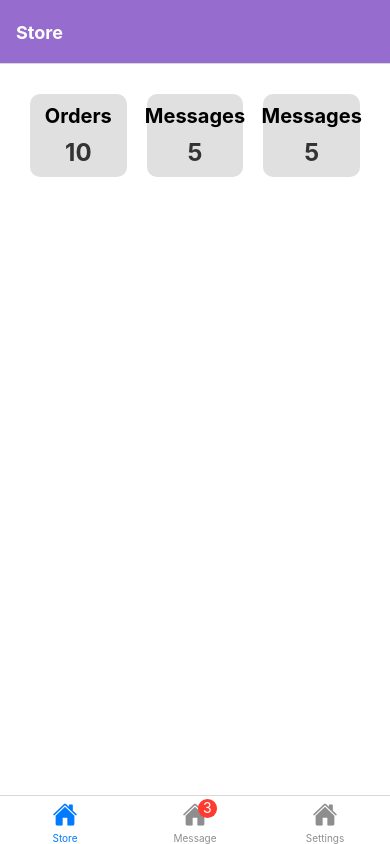
Repository: Waikato153/AwesomeProject
Screen: /
The author's editor kept a copy of each file at every save. The screen is drawn from the files as they stood at one save, then again after the next save.
The app was drawn by React Native's web renderer in a window 390 px wide. The project was rebuilt for these pictures with package versions that can differ from the ones it lists, and the page was loaded fresh each time.

Above is the screen before, as saved 2024-02-28 17:19:09.

### App.js
import * as React from 'react';
import { Text, View, StyleSheet} from 'react-native';
import { NavigationContainer } from '@react-navigation/native';
import { createBottomTabNavigator } from '@react-navigation/bottom-tabs';
import { Ionicons } from '@expo/vector-icons';

import HomeScreen from './screens/HomeScreen';

function SettingsScreen() {
  return (
    <View style={{ flex: 1, justifyContent: 'center', alignItems: 'center' }}>
      <Text>Settings!</Text>
    </View>
  );
}


const styles = StyleSheet.create({
  container: {
    flex: 1,
    justifyContent: 'center',
    backgroundColor: 'white',
    alignItems: 'center',
    padding: 8,
  },
  paragraph: {
    margin: 24,
    fontSize: 18,
    fontWeight: 'bold',
    textAlign: 'center',
  },
});

const Tab = createBottomTabNavigator();

function MyTabs() {
  return (

    <Tab.Navigator
      screenOptions={{
        tabBarIcon: ({ color, size }) => (
          <Ionicons name="home" color={color} size={size} />
        ),
        headerStyle: {
          backgroundColor: '#966ccf',
        },
        headerTintColor: '#fff',
        headerTitleStyle: {
          fontWeight: 'bold',
        },
      }}
    >
      <Tab.Screen
        name="Store"
        component={HomeScreen}

      />
      <Tab.Screen
        name="Message"
        component={SettingsScreen}
        options={{
          tabBarBadge: 3
        }}
      />
      <Tab.Screen
        name="Settings"
        component={SettingsScreen}
      />
    </Tab.Navigator>
  );
}

export default function App() {
  return (
    <NavigationContainer>
      <MyTabs />
    </NavigationContainer>
  );
}

### screens/HomeScreen.js
import React from 'react';
import { View, Text, StyleSheet } from 'react-native';

const HomeScreen = () => {
  return (
    <View style={styles.container}>
      <View style={styles.block}>
        <Text style={styles.title}>Orders</Text>
        <Text style={styles.count}>10</Text>
      </View>
      <View style={styles.block}>
        <Text style={styles.title}>Messages</Text>
        <Text style={styles.count}>5</Text>
      </View>
      <View style={styles.block}>
        <Text style={styles.title}>Messages</Text>
        <Text style={styles.count}>5</Text>
      </View>
    </View>
  );
};



const styles = StyleSheet.create({
  container: {
    flex: 1,
    flexDirection: 'row',
    flexWrap: 'wrap',
    justifyContent: 'space-around',
    alignItems: 'flex-start',
    backgroundColor: '#ffffff',
    padding: 20,
  },
  block: {
    flex: 1,
    justifyContent: 'center',
    alignItems: 'center',
    backgroundColor: '#e0e0e0',
    borderRadius: 10,
    padding: 10,
    margin: 10,
  },
  title: {
    fontSize: 20,
    fontWeight: 'bold',
    marginBottom: 10,
  },
  count: {
    fontSize: 24,
    fontWeight: 'bold',
    color: '#333333',
  },
});



export default HomeScreen;

After the next save:
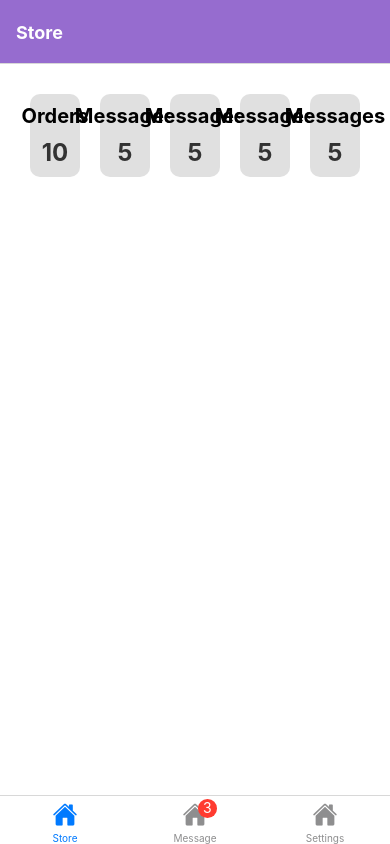
Saved 14 s later.
--- a/screens/HomeScreen.js
+++ b/screens/HomeScreen.js
@@ -7,6 +7,14 @@ const HomeScreen = () => {
       <View style={styles.block}>
         <Text style={styles.title}>Orders</Text>
         <Text style={styles.count}>10</Text>
+      </View>
+      <View style={styles.block}>
+        <Text style={styles.title}>Messages</Text>
+        <Text style={styles.count}>5</Text>
+      </View>
+      <View style={styles.block}>
+        <Text style={styles.title}>Messages</Text>
+        <Text style={styles.count}>5</Text>
       </View>
       <View style={styles.block}>
         <Text style={styles.title}>Messages</Text>

After the save that followed:
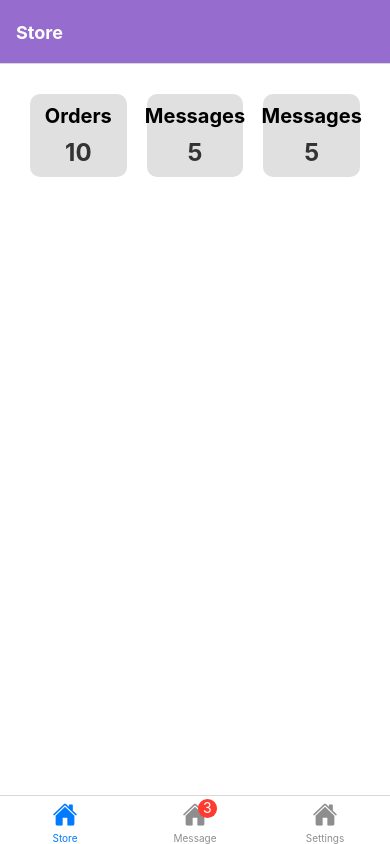
Saved 6 s later.
--- a/screens/HomeScreen.js
+++ b/screens/HomeScreen.js
@@ -16,14 +16,7 @@ const HomeScreen = () => {
         <Text style={styles.title}>Messages</Text>
         <Text style={styles.count}>5</Text>
       </View>
-      <View style={styles.block}>
-        <Text style={styles.title}>Messages</Text>
-        <Text style={styles.count}>5</Text>
-      </View>
-      <View style={styles.block}>
-        <Text style={styles.title}>Messages</Text>
-        <Text style={styles.count}>5</Text>
-      </View>
+
     </View>
   );
 };
